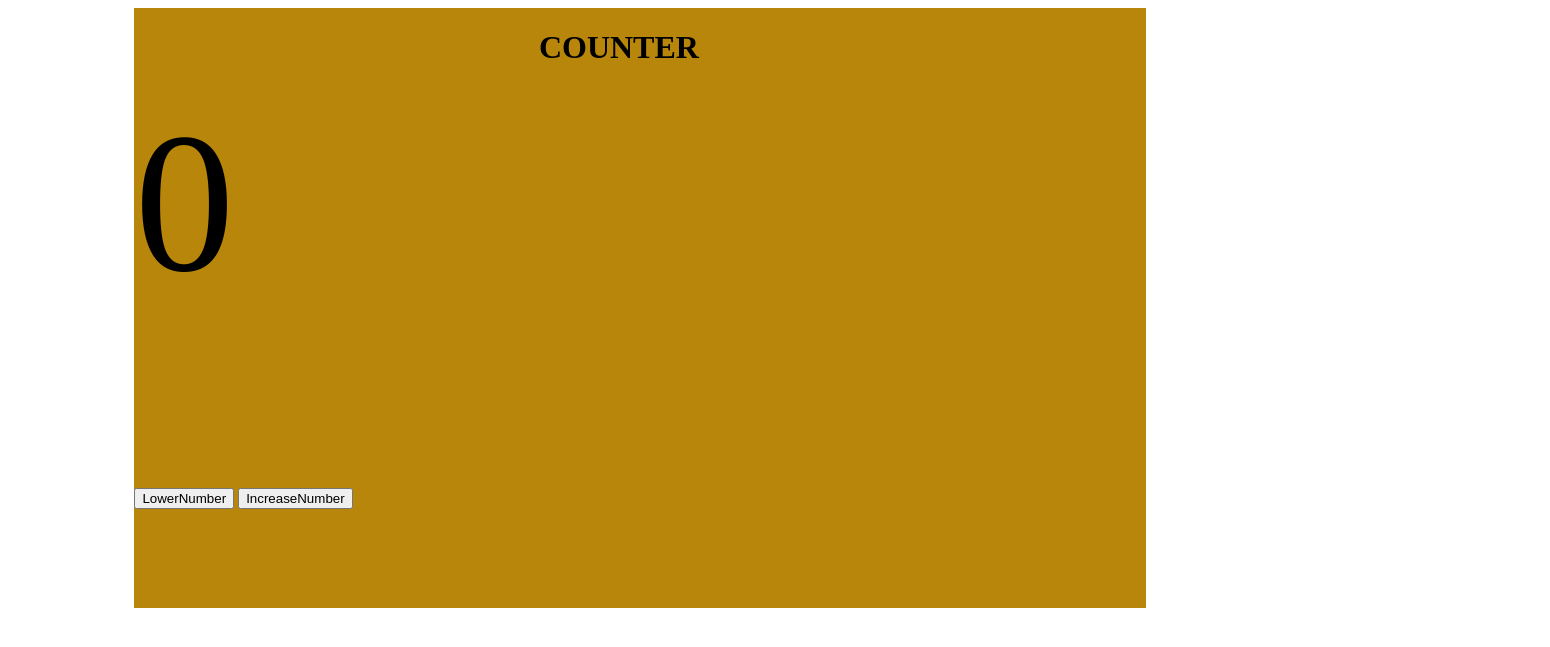
Repository: Sgalstyan06/counterNum
Page: index.html
The author's editor kept a copy of each file at every save. The page is drawn from the files as they stood at one save, then again after the next save.
The browser window is 1280 px wide. The page is 1550 px wide, so the pictures cover 1550 px, including what lies to the right of the window. The pictures show the whole page.

Above is the page before, as saved 2022-02-14 16:52:18.

After the next save:
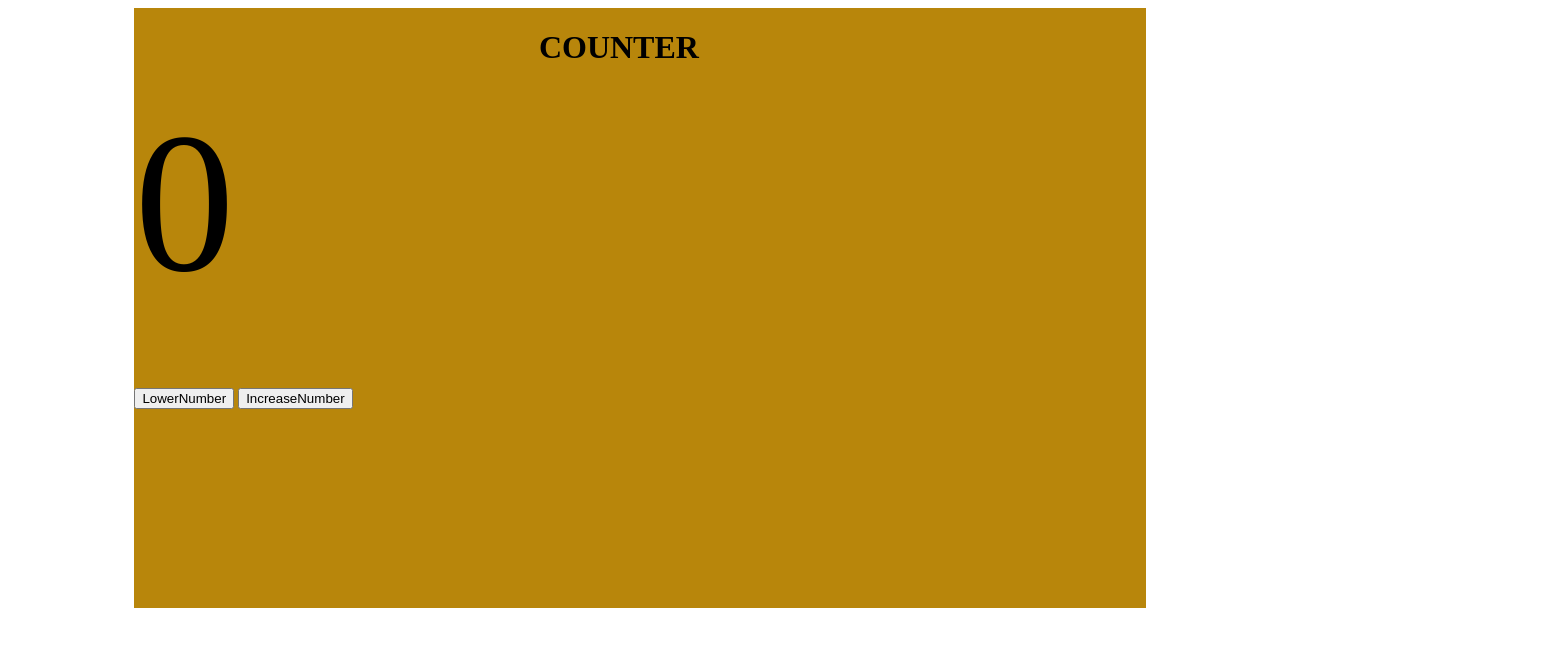
Saved 16 s later.
--- a/style.css
+++ b/style.css
@@ -13,6 +13,6 @@ h1{
 
 .result{
     width: 80%;
-    height: 400px;
+    height: 300px;
     font-size: 200px;
 }
